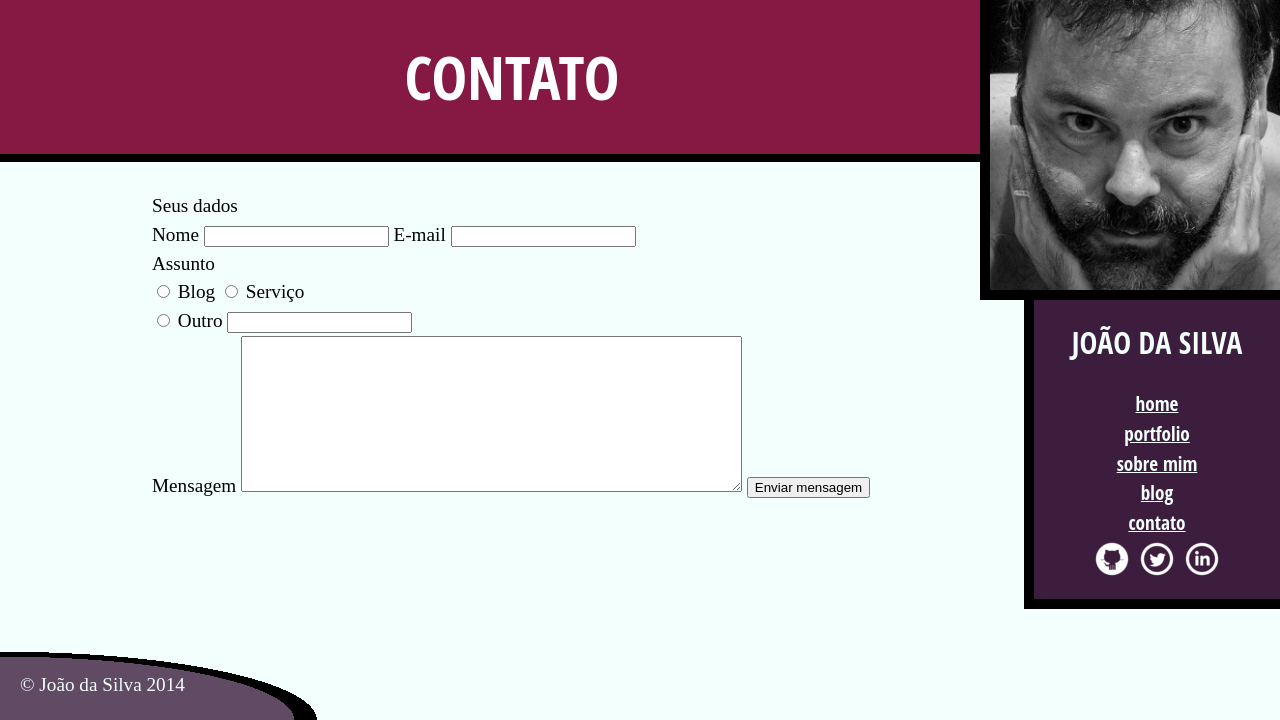
Repository: MichelMiola/html5Css3Avancado
Page: projeto/contato.html
The author's editor kept a copy of each file at every save. The page is drawn from the files as they stood at one save, then again after the next save.
The browser window is 1280 px wide. The pictures show the whole page.
Some web fonts or font styles are not loaded; a fallback is used.

Above is the page before, as saved 2015-03-24 19:56:39.

### projeto/contato.html
<!DOCTYPE html>
<html>
<head>
<meta charset="utf-8">
<title>João da Silva - Contato</title>
<link rel="icon" href="imagens/favicon.png">
<link rel="stylesheet" href="css/reset.css">
<link rel="stylesheet" href="css/site.css">
<link rel="stylesheet"
	href="http://fonts.googleapis.com/css?family=Crimson+Text:400,400italic,600">
<link rel="stylesheet"
	href="http://fonts.googleapis.com/css?family=Open+Sans+Condensed:700">
</head>
<body>
	<main>
	<h1 class="titulo-principal">Contato</h1>
	<div class="container">
		<form>
			<fieldset>
				<legend>Seus dados</legend>
				<label>Nome</label> <input type="text"> <label>E-mail</label>
				<input type="email">
			</fieldset>
			<fieldset>
				<legend>Assunto</legend>
				<label> <input type="radio" name="assunto" value="Blog">
					Blog
				</label> <label> <input type="radio" name="assunto" value="Serviço">
					Serviço
				</label>
				<fieldset>
					<input type="radio" name="assunto" value="Outro" id="outro">
					<label for="outro"> Outro </label> <input type="text"
						name="outro-assunto">
				</fieldset>
			</fieldset>
			<label for="mensagem">Mensagem</label>
			<textarea name="msg" id="mensagem" cols="60" rows="10"></textarea>
			<button type="submit">Enviar mensagem</button>
		</form>
	</div>
	</main>
	<img src="imagens/eu.jpg" alt="Minha foto" class="minha-foto">
	<aside class="navegacao-site">
		<h1>João da Silva</h1>
		<nav>
			<ul>
				<li><a href="index.html">Home</a></li>
				<li><a href="portfolio.html">Portfolio</a></li>
				<li><a href="bio.html">Sobre mim</a></li>
				<li><a href="blog.html">Blog</a></li>
				<li><a href="contato.html">Contato</a></li>
			</ul>
		</nav>
		<ul class="icones-redes-sociais">
			<li><a href="https://github.com/joaodasilva" class="github"
				data-tooltip="Veja meus projetos opensource"> Github </a></li>
			<li><a href="https://twitter.com/joaodasilva" class="twitter"
				data-tooltip="Siga-me no Twitter"> Twitter </a></li>
			<li><a href="https://br.linkedin.com/pub/joão-da-silva/32/4/508"
				class="linkedin" data-tooltip="Veja meu currículo"> LinkedIn </a></li>
		</ul>
	</aside>
	<footer class="rodape-pagina"> &copy; João da Silva 2014 </footer>
</body>
</html>

### projeto/css/site.css
body {
	font-family: "Crimson Text", "Times New Roman", serif;
	background-color: #F2FFFC;
	font-size: 120%;
	line-height: 1.5;
}

h1, h2, .subtitulo-principal {
	font-family: "Open Sans Condensed", "Arial", sans-serif;
}

h1 {
	text-transform: uppercase;
	font-size: 60px;
}

.titulo-principal {
	text-align: center;
	background-color: #851944;
	color: #FFF;
	padding: 2rem;
	border-bottom: .5rem solid #000;
}

.subtitulo-texto {
	font-size: 30px;
	clear: both;
}

main a {
	color: #851944;
}

main p {
	text-align: justify;
	margin: 20px 0;
}

.navegacao-site {
	text-align: center;
	background-color: #3C1D3D;
	color: #F2FFFC;
	padding: 20px;
}

.navegacao-site a {
	color: inherit;
	font-family: "Open Sans Condensed", "Arial", sans-serif;
	text-transform: lowercase;
}

.navegacao-site h1 {
	font-size: 30px;
	margin-bottom: 25px;
}

.rodape-pagina {
	/* background-color: #000; */
	color: #F2FFFC;
	padding: 20px;
	clear: both;
	position: fixed;
	bottom: 0;
	left: 0;
	width: 100%;
	box-sizing: border-box;
	/* background-color: rgba(0, 0, 0, 0.3); */
	background-image: radial-gradient(ellipse at left bottom, rgba(60, 29, 61, 0.8),
		rgba(60, 29, 61, 0.8) 65%, black 65%, black 70%, transparent 70%,
		transparent);
	background-size: 25% 100%;
	background-repeat: no-repeat;
}

.container {
	width: 720px;
	margin-left: auto;
	margin-right: auto;
	padding: 30px 0;
}

strong {
	font-weight: bold;
}

em {
	font-style: italic;
}

.icones-redes-sociais li {
	display: inline-block;
}

.icones-redes-sociais a {
	width: 40px;
	height: 40px;
	display: block;
	text-indent: -99999px;
}

.github {
	background-image: url(../imagens/github.png);
}

.twitter {
	background-image: url(../imagens/twitter.png);
}

.linkedin {
	background-image: url(../imagens/linkedin.png);
}

main {
	width: 80%;
	float: left;
	padding-bottom: 80px;
}

.minha-foto, .navegacao-site {
	border-left: 10px solid black;
	border-bottom: 10px solid black;
	box-sizing: border-box;
}

.navegacao-site {
	width: 20%;
	float: right;
	position: relative;
	top: 300px;
}

.minha-foto {
	position: absolute;
	top: 0;
	right: 0;
	height: 300px;
}

.leia-mais {
	padding: .5em;
	margin: 1em;
	display: block;
	font-size: 1.25em;
	text-align: center;
	background-color: #E6E7E8;
}

.citacao-bio {
	background-color: #D9E5E3;
	border: .5em solid #C2CCCA;
	padding: 1em;
	margin: 1em 2em;
	width: 30ch;
	box-sizing: border-box;
}

main a:hover,
main a:focus,
footer a:hover,
footer a:focus {
  color: red;
}

.navegacao-site a:hover,
.navegacao-site a:focus {
  text-shadow: 0 0 2px pink;
}

.icones-redes-sociais a:hover::after,
.icones-redes-sociais a:focus::after {
  content: attr(data-tooltip);
}

.icones-redes-sociais a {
  position: relative;
}
.icones-redes-sociais a:hover::after,
.icones-redes-sociais a:focus::after {
  content: attr(data-tooltip);
  position: absolute;
  top: 100%;
  right: 0;
  text-indent: 0;
}

.icones-redes-sociais a {
  position: relative;
}
.icones-redes-sociais a:hover::after,
.icones-redes-sociais a:focus::after {
  content: attr(data-tooltip);
  position: absolute;
  top: 100%;
  right: 0;
  text-indent: 0;
  width: 300%;
}

.icones-redes-sociais a {
  position: relative;
}

.icones-redes-sociais a:hover::before,
.icones-redes-sociais a:focus::before {
  content: '';
}

.icones-redes-sociais a:hover::before,
.icones-redes-sociais a:focus::before {
  content: '';
  width: 1em;
  height: 1em;
  background-color: black;
}

.icones-redes-sociais a:hover::before,
.icones-redes-sociais a:focus::before {
  content: '';
  width: 1em;
  height: 1em;
  background-color: black;
  position: absolute;
  bottom: 0;
  left: 0;
}

.icones-redes-sociais a:hover::before,
.icones-redes-sociais a:focus::before {
    content: '';
    width: 1em;
    height: 1em;
    background-color: black;
    position: absolute;
    bottom: 0;
    left: 0;
    transform: translateY(.5em) rotate(45deg);
}

.icones-redes-sociais a:hover::after,
.icones-redes-sociais a:focus::after {
  content: attr(data-tooltip);
  position: absolute;
  top: 100%;
  right: 0;
  text-indent: 0;
  width: 300%;
  background: black;
  font-size: .75em;
}

Loaded but not shown: projeto/css/reset.css (common file)

After the next save:
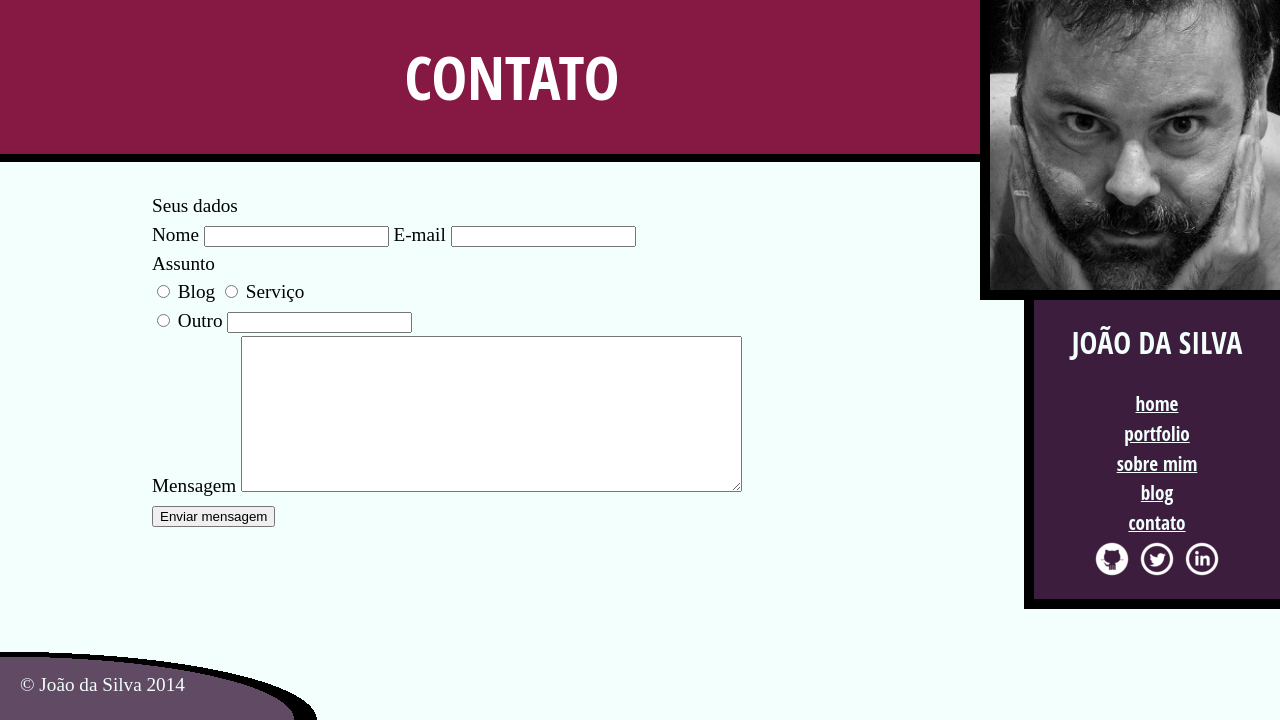
Saved 24 s later.
--- a/projeto/contato.html
+++ b/projeto/contato.html
@@ -36,7 +36,9 @@
 			</fieldset>
 			<label for="mensagem">Mensagem</label>
 			<textarea name="msg" id="mensagem" cols="60" rows="10"></textarea>
-			<button type="submit">Enviar mensagem</button>
+			<fieldset>
+				<button type="submit">Enviar mensagem</button>
+			</fieldset>
 		</form>
 	</div>
 	</main>
